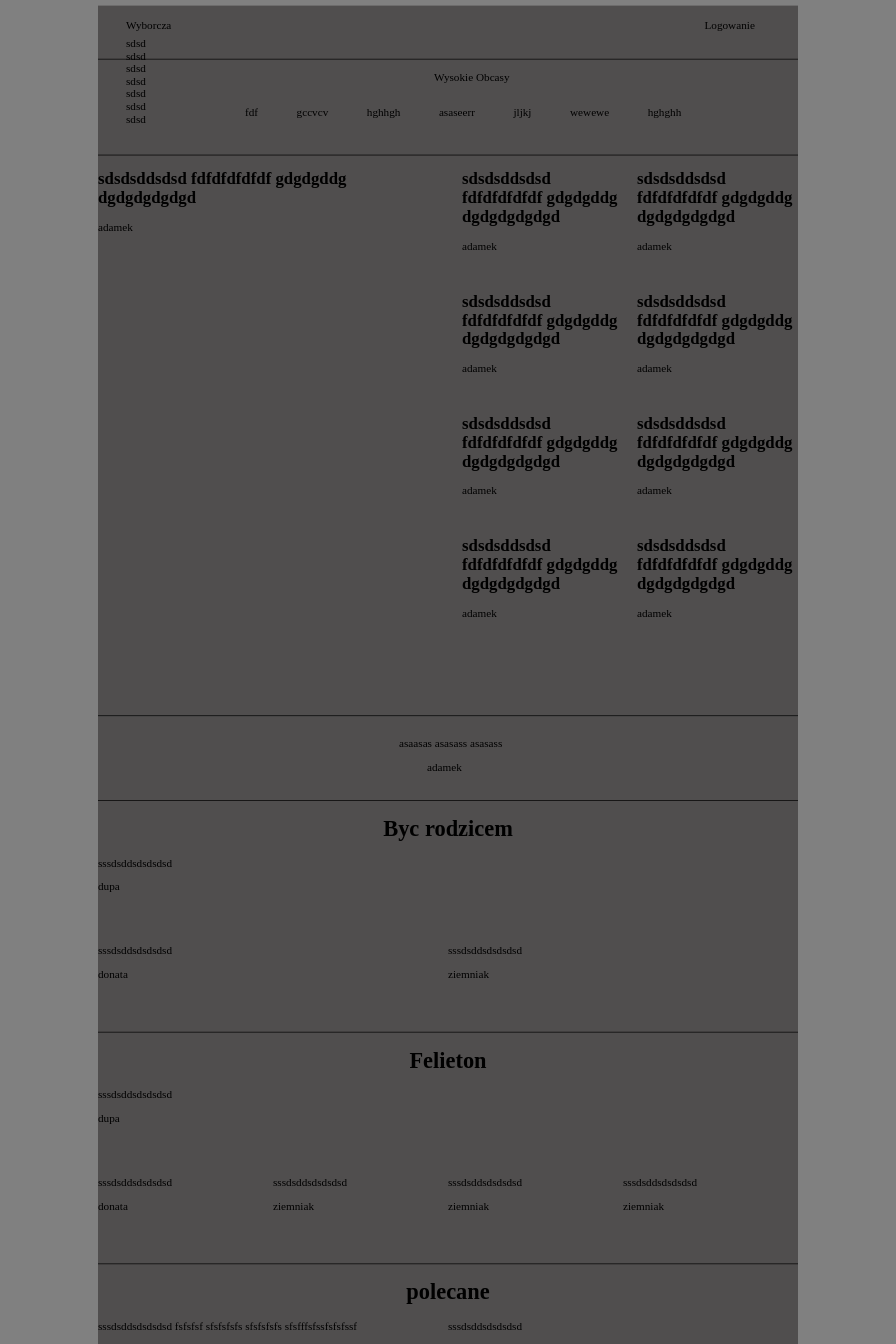
Repository: kq333/pitupitu.pl
Page: index.html
The author's editor kept a copy of each file at every save. The page is drawn from the files as they stood at one save, then again after the next save.
The browser window is 1280 px wide. The pictures show the part of the page from y = 0 to 1920 px (the page is 2785 px tall), at 70% of full size.
The style sheet was rebuilt from its Sass, Less or Tailwind sources for each picture, by a compiler version that may differ from the author's.

Above is the page before, as saved 2020-11-04 13:39:48.

### index.html
<!DOCTYPE html>
<html lang="en">
<head>
    <meta charset="UTF-8">
    <meta name="viewport" content="width=device-width, initial-scale=1.0">
    <title>Document</title>
    <link rel="stylesheet" href="style/style.css">
</head>
<body>


<div id="container">
  <div id="content">
    <div id=bar>
        <div class="menu">Wyborcza</div>
        <ul class="ul_bar">
            <li>sdsd</li>
            <li>sdsd</li>
            <li>sdsd</li>
            <li>sdsd</li>
            <li>sdsd</li>
            <li>sdsd</li>
            <li>sdsd</li>
        </ul>
        <div class="loging">
            Logowanie
        </div>
    </div>
            <div id="logo"><p>Wysokie Obcasy</p>
                <ul class="ul_bar2">
                    <li>fdf</li>
                    <li>gccvcv</li>
                    <li>hghhgh</li>
                    <li>asaseerr</li>
                    <li>jljkj</li>
                    <li>wewewe</li>
                    <li>hghghh</li>
                </ul>


            </div>


           <div>

                <div class="block_1">
                    <div class="art1">
                        <article>
                        <h1>sdsdsddsdsd fdfdfdfdfdf gdgdgddg dgdgdgdgdgd</h1>


                            <p class="autor_name">adamek</p>
                        </article>
                    </div>

                    <div class="art2">
                            <article>
                                <h1>sdsdsddsdsd fdfdfdfdfdf gdgdgddg dgdgdgdgdgd</h1>


                                <p class="autor_name">adamek</p>
                            </article>
                     </div>
                     <div class="art3">
                            <article>
                                <h1>sdsdsddsdsd fdfdfdfdfdf gdgdgddg dgdgdgdgdgd</h1>


                                <p class="autor_name">adamek</p>
                            </article>
                      </div>
                      <div class="art4">
                            <article>
                                <h1>sdsdsddsdsd fdfdfdfdfdf gdgdgddg dgdgdgdgdgd</h1>


                                <p class="autor_name">adamek</p>
                            </article>
                       </div>
                            <div class="art5">
                                <article>
                                    <h1>sdsdsddsdsd fdfdfdfdfdf gdgdgddg dgdgdgdgdgd</h1>


                                    <p class="autor_name">adamek</p>
                                </article>
                            </div>
                                 <div class="art6">
                                    <article>
                                        <h1>sdsdsddsdsd fdfdfdfdfdf gdgdgddg dgdgdgdgdgd</h1>


                                        <p class="autor_name">adamek</p>
                                    </article>
                                 </div>
                                    <div class="art7">

                                        <article>
                                            <h1>sdsdsddsdsd fdfdfdfdfdf gdgdgddg dgdgdgdgdgd</h1>


                                            <p class="autor_name">adamek</p>
                                        </article>
                                    </div>

                                    <div class="art8">
                                            <article>
                                                <h1>sdsdsddsdsd fdfdfdfdfdf gdgdgddg dgdgdgdgdgd</h1>


                                                <p class="autor_name">adamek</p>
                                            </article>
                                    </div>
                                        <div class="art9">
                                                <article>

                                                    <h1>sdsdsddsdsd fdfdfdfdfdf gdgdgddg dgdgdgdgdgd</h1>


                                                    <p class="autor_name">adamek</p>
                                                </article>
                                        </div>
                </div>


                     <div class="quotes">
                         <p1>asaasas asasass asasass</p1>

                        <p class="autor_name">adamek</p>

                    </div>





                  <div class="section">
                    <header>
                        <h1>Byc rodzicem</h1>

                    </header>
                    </div>


                        <section class="family">


                                <div class="art10">
                                    <article> sssdsddsdsdsdsd
                                        <p class="autor_name">dupa</p>

                                    </article>

                                </div>
                                <div class="art11">
                                        <article> sssdsddsdsdsdsd
                                            <p class="autor_name">donata</p>

                                        </article>
                                </div>
                                    <div class="art12">
                                            <article> sssdsddsdsdsdsd
                                                <p class="autor_name">ziemniak</p>

                                            </article>
                                    </div>

                        </section>

                        <div class="section">
                        <header>
                            <h1>Felieton</h1>
                        </header>
                    </div>

                        <section class="column">

                            <div class="art13">
                                    <article> sssdsddsdsdsdsd
                                        <p class="autor_name">dupa</p>

                                    </article>

                            </div>
                                <div class="art14">
                                    <article> sssdsddsdsdsdsd
                                        <p class="autor_name">donata</p>

                                    </article>
                                </div>
                                     <div class="art15">
                                        <article> sssdsddsdsdsdsd
                                            <p class="autor_name">ziemniak</p>

                                        </article>
                                    </div>

                                        <div class="art16">
                                            <article> sssdsddsdsdsdsd
                                                <p class="autor_name">ziemniak</p>

                                            </article>
                                        </div>

                                        <div class="art17">
                                            <article> sssdsddsdsdsdsd
                                                <p class="autor_name">ziemniak</p>

                                            </article>
                                        </div>

                        </section>
                        <div class="section">
                        <header>
                            <h1>polecane</h1>

                        </header>
                    </div>

                            <section class="recommended">


                                    <div class="art18">
                                        <article> sssdsddsdsdsdsd
                                            fsfsfsf sfsfsfsfs sfsfsfsfs
                                            sfsfffsfssfsfsfssf
                                            <p class="autor_name">dupa</p>

                                        </article>
                                    </div>
                                        <div class="art19">
                                            <article> sssdsddsdsdsdsd
                                                <p class="autor_name">donata</p>

                                            </article>
                                        </div>
                                            <div class="art20">

                                                <article> sssdsddsdsdsdsd
                                                    <p class="autor_name">ziemniak</p>
                                                </article>
                                            </div>
                                                <div class="art21">
                                                    <article> sssdsddsdsdsdsd
                                                        <p class="autor_name">ziemniak</p>
                                                    </article>
                                                </div>
                                                    <div class="art22">
                                                        <article> sssdsddsdsdsdsd
                                                            <p class="autor_name">ziemniak</p>


                                                        </article>
                                                    </div>
                                                        <div class="art23">
                                                            <article> sssdsddsdsdsdsd
                                                                <p class="autor_name">ziemniak</p>


                                                            </article>
                                                        </div>

                                                            <div class="art24">
                                                                <article> sssdsddsdsdsdsd
                                                                    <p class="autor_name">ziemniak</p>


                                                                </article>
                                                            </div>
                                                                <div class="art25">
                                                                    <article> sssdsddsdsdsdsd
                                                                        <p class="autor_name">ziemniak</p>


                                                                    </article>
                                                                </div>
                                                                <div class="art26">
                                                            <article> sssdsddsdsdsdsd
                                                                <p class="autor_name">ziemniak</p>


                                                            </article>
                                                            </div>



                            </section>

                            <div class="section">
                            <header>
                                <h1>wasze listy</h1>

                            </header>
                            </div>

                            <section class="letters">

                                <div class="art27">
                                    <article> sssdsddsdsdsdsd
                                        fsfsfsf sfsfsfsfs sfsfsfsfs
                                        sfsfffsfssfsfsfssf
                                        <p class="autor_name">dupa</p>

                                    </article>
                                </div>
                                <div class="art28">
                                    <article> sssdsddsdsdsdsd
                                        fsfsfsf sfsfsfsfs sfsfsfsfs
                                        sfsfffsfssfsfsfssf
                                        <p class="autor_name">dupa</p>

                                    </article>
                                </div>

                                <div class="art29">
                                    <article> sssdsddsdsdsdsd
                                        fsfsfsf sfsfsfsfs sfsfsfsfs
                                        sfsfffsfssfsfsfssf
                                        <p class="autor_name">dupa</p>

                                    </article>
                                </div>

                                <div class="art30">
                                    <article> sssdsddsdsdsdsd
                                        fsfsfsf sfsfsfsfs sfsfsfsfs
                                        sfsfffsfssfsfsfssf
                                        <p class="autor_name">dupa</p>

                                    </article>
                                </div>

                            </section>

                            <footer>
                                <div class="footer">sdsd 545 sd 45sd 4s5d5sd s54ds5 4</div>

                            </footer>



















































           </main>



  </div>




















</div>
</body>
</html>

### style/style.scss
body{
    background-color: grey;


}
#constainer{
    height: auto;
}

#content{
    margin:auto;
    background-color: rgb(80, 78, 78);
    width:1000px;

}


#bar{
    display:grid;
    grid-template-columns: auto auto;
    grid-template-areas: "ul_bar loging";
    border-bottom: 1px solid black;
.menu{
    position:relative;
    margin:20px 0 0 40px;
}
.ul_bar{
    height: 40px;
    grid-area: ul_bar;
    position: absolute;
    margin-top:45px;


li{
    list-style-type: none;
}

    }
.loging{
    height: 56px;
    grid-area: loging;

    margin: 20px 0 0 700px;
}

}




#logo{
    border-bottom: 1px solid black;
    width:1000px;
    height: 120px;
    p{
        margin-left:480px;
    }

    .ul_bar2{
        list-style-type: none;
        display:inline-flex;
        gap:55px;
        margin-left:170px;
    }
}

.block_1{
    width:1000px;
    height: auto;
    display:grid;
    grid-template-columns: 500px auto auto;
    .art1{
    grid-row-start: 1;
    grid-row-end: 9;
    height: 800px;;
    }
    gap: 20px;
}

.quotes{
    width: 940px;
    height: 60px;
    border-bottom: 1px solid black;
    border-top: 1px solid black;
    padding:30px;

    p1{
        margin-left: 400px;
        margin-top:130px;
    }
    p{
        margin-left: 440px;
    }

}

.section{
    text-align: center;
}
.family{
    width:1000px;
    height: 250px;
    border-bottom: 1px solid black;
    display:grid;
    grid-template-columns: auto auto;
    grid-template-areas: "art10 art10"
                          "art11 art12"  ;

.art10{
grid-area: art10;


}
.art11{
grid-area: art11;
}

.art12{
grid-area: art12;
}


}

.column{
    width:1000px;
    height: 250px;
    border-bottom: 1px solid black;
    display:grid;
    grid-template-columns: auto auto auto;
    grid-template-areas: "art13 art13 art13 art13"
                         " art14 art15 art16 art17"   ;

    .art13{

        grid-area: art13;


            }
    .art14{
        grid-area: art14;

     }

    .art15{
        grid-area: art15;
     }

     .art16{
        grid-area: art16;
     }

     .art17{
        grid-area: art17;
     }

    h1{
        margin-left:500px;

        }

}


.recommended{
    width:1000px;
    height: auto;
    border-bottom: 1px solid black;
    display:grid;
    grid-template-columns: repeat(2, 1fr);
    grid-template-areas: " art18   art19"
                         " art20   art19"
                         " art21  art22"
                         " art23  art22"
                         " art24  art25"
                         " art26  art25"
                         ;




.art18{
grid-area:art18;


}

.art19{
grid-area: art19;

 }

.art20{
grid-area: art20;


 }

.art21{
grid-area: art21;
 }

.art22{
grid-area: art22;
 }

.art23{
grid-area: art23;
 }

.art24{
grid-area: art24;

 }

.art25{
grid-area: art25;
 }

.art26{
grid-area: art26;
 }
};

.letters{
    width:1000px;
    height: 200px;

    display:grid;
    grid-template-columns: repeat(4, 1fr);
    grid-template-areas: "art27 art28 art29 art30";


.art27{
    grid-area: art27;
}

.art28{
    grid-area: art28;
}


.art29{
    grid-area: art29;
}

.art30{
    grid-area: art30;
}

}

.footer{
    border-bottom: 1px solid black;
    border-top: 1px solid black;
    background-color: red;
    height: 200px;
 }

After the next save:
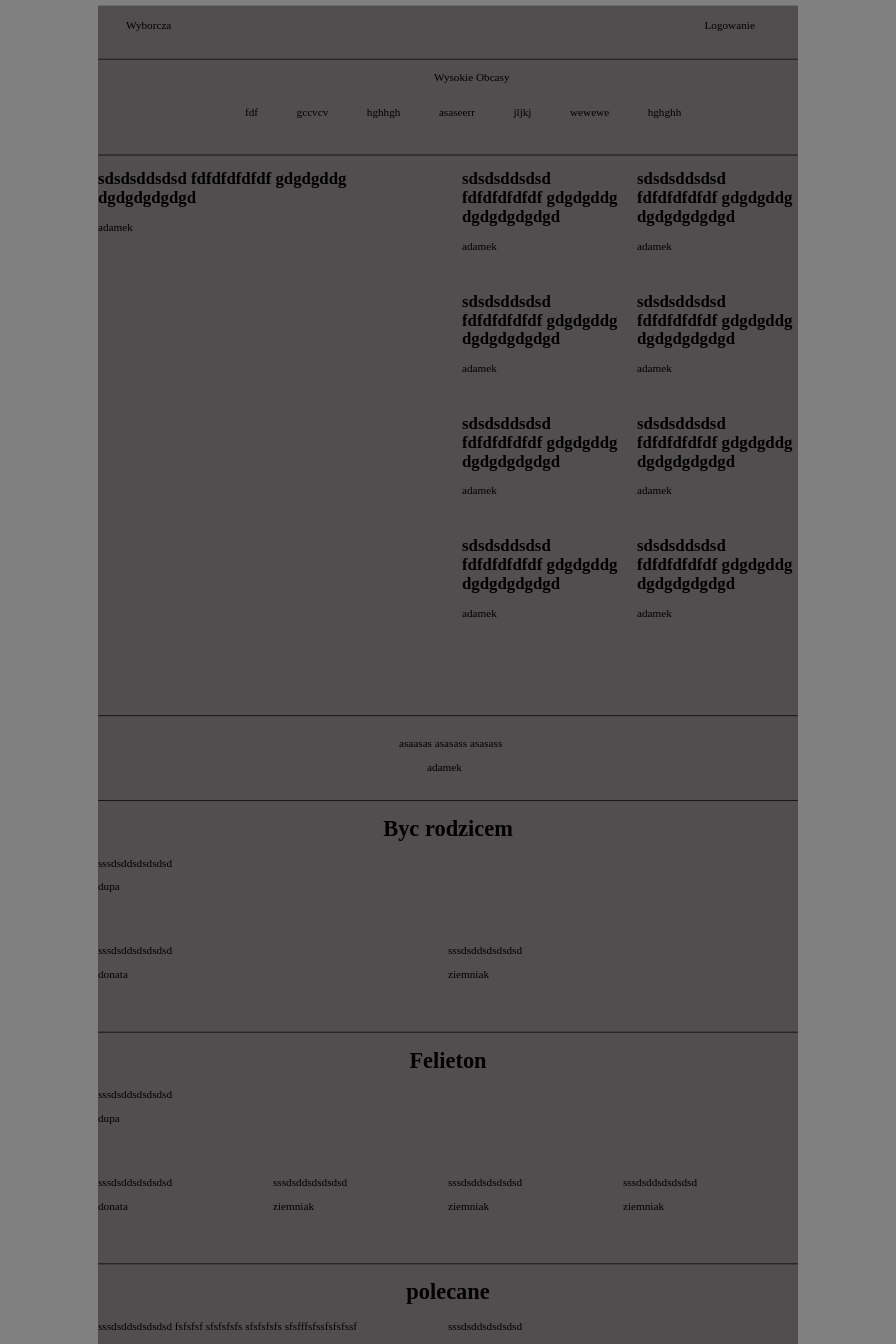
Saved 3 min 17 s later.
--- a/style/style.scss
+++ b/style/style.scss
@@ -23,12 +23,17 @@
 .menu{
     position:relative;
     margin:20px 0 0 40px;
+    &::before{
+      content: "";
+      display:block;
+    }
 }
 .ul_bar{
     height: 40px;
     grid-area: ul_bar;
     position: absolute;
     margin-top:45px;
+    display:none;
 
 
 li{

After the save that followed:
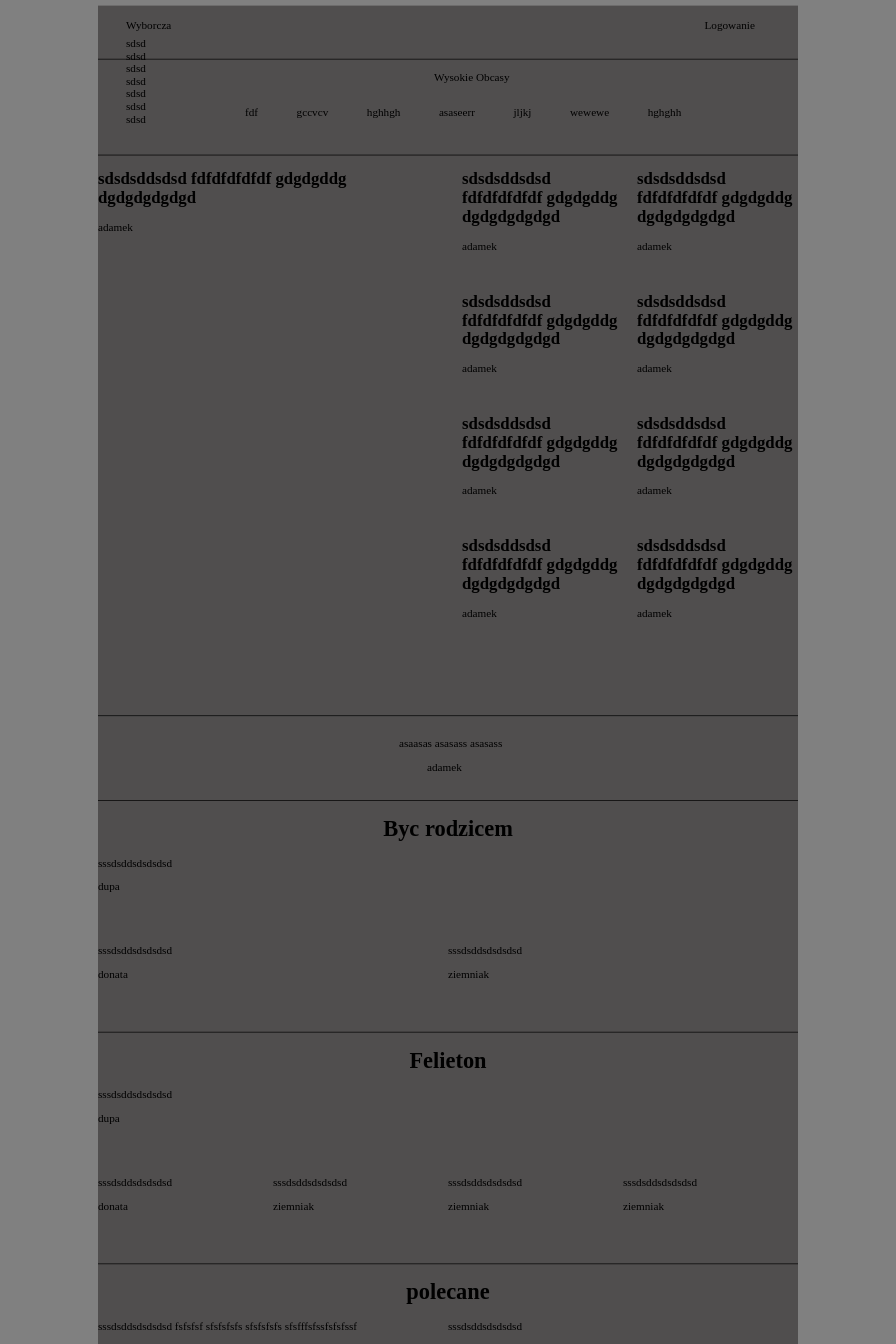
Saved 11 s later.
--- a/style/style.scss
+++ b/style/style.scss
@@ -33,7 +33,7 @@
     grid-area: ul_bar;
     position: absolute;
     margin-top:45px;
-    display:none;
+
 
 
 li{
